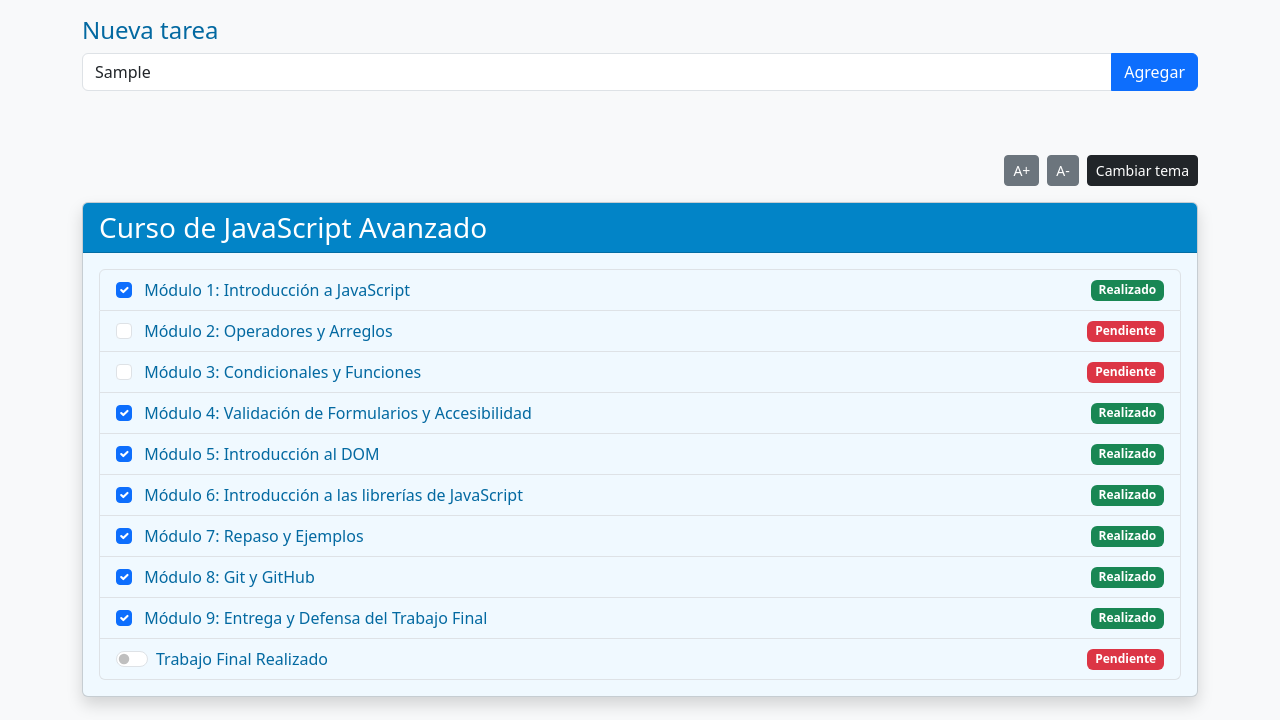
Repository: damyzacarias-web/Checklist
Page: tpfinal.html
These files come from the project's save history. The page is drawn as it stood at one moment and after the next save; the edit follows.
The browser window is 1280 px wide. The pictures show the whole page.
Empty fields were first filled with sample values (such as "Sample", 5 or name@example.com).
After loading, the first visible `#tema` was clicked once.

Above is the page before, as saved 2026-07-03 09:35:13.

### tpfinal.html
<!DOCTYPE html>
<html lang="es">
<head>
    <meta charset="UTF-8">
    <meta name="viewport" content="width=device-width, initial-scale=1.0">
    <title>Curso de JavaScript Avanzado</title>
    <link href="https://cdn.jsdelivr.net/npm/bootstrap@5.3.3/dist/css/bootstrap.min.css" rel="stylesheet">
</head>
<body class="bg-light">

    <!--nueva tarea-->
    <div class="container mt-3 mb-3">
    <h4>Nueva tarea</h4>

    <div class="input-group">
        <input
            type="text"
            id="nuevaTarea"
            class="form-control"
            placeholder="Escribe una nueva tarea...">

        <button
            class="btn btn-primary"
            id="btnAgregar">
            Agregar
        </button>
    </div>
</div>

<ul class="list-group" id="listaTareas">

    <!-- Tus módulos -->

</ul>

<div class="container mt-5">
    <div class="d-flex justify-content-end gap-2 mb-3">
        <button id="aumentar" class="btn btn-secondary btn-sm">A+</button>
        <button id="disminuir" class="btn btn-secondary btn-sm">A-</button>
        <button id="tema" class="btn btn-dark btn-sm">Cambiar tema</button>
    </div>

    <div class="card shadow" id="mainCard">
        <div class="card-header bg-primary text-white" id="cardHeader">
            <h3 class="mb-0">Curso de JavaScript Avanzado</h3>
        </div>

        <div class="card-body">
            <ul class="list-group">

                <li class="list-group-item d-flex justify-content-between align-items-center">
                    <div>
                        <input class="form-check-input me-2 item-check" type="checkbox" id="mod1" checked>
                        <label for="mod1">Módulo 1: Introducción a JavaScript</label>
                    </div>
                </li>

                <li class="list-group-item d-flex justify-content-between align-items-center">
                    <div>
                        <input class="form-check-input me-2 item-check" type="checkbox" id="mod2">
                        <label for="mod2">Módulo 2: Operadores y Arreglos</label>
                    </div>
                </li>

                <li class="list-group-item d-flex justify-content-between align-items-center">
                    <div>
                        <input class="form-check-input me-2 item-check" type="checkbox" id="mod3">
                        <label for="mod3">Módulo 3: Condicionales y Funciones</label>
                    </div>
                </li>

                <li class="list-group-item d-flex justify-content-between align-items-center">
                    <div>
                        <input class="form-check-input me-2 item-check" type="checkbox" id="mod4" checked>
                        <label for="mod4">Módulo 4: Validación de Formularios y Accesibilidad</label>
                    </div>
                </li>

                <li class="list-group-item d-flex justify-content-between align-items-center">
                    <div>
                        <input class="form-check-input me-2 item-check" type="checkbox" id="mod5" checked>
                        <label for="mod5">Módulo 5: Introducción al DOM</label>
                    </div>
                </li>

                <li class="list-group-item d-flex justify-content-between align-items-center">
                    <div>
                        <input class="form-check-input me-2 item-check" type="checkbox" id="mod6" checked>
                        <label for="mod6">Módulo 6: Introducción a las librerías de JavaScript</label>
                    </div>
                </li>

                <li class="list-group-item d-flex justify-content-between align-items-center">
                    <div>
                        <input class="form-check-input me-2 item-check" type="checkbox" id="mod7" checked>
                        <label for="mod7">Módulo 7: Repaso y Ejemplos</label>
                    </div>
                </li>

                <li class="list-group-item d-flex justify-content-between align-items-center">
                    <div>
                        <input class="form-check-input me-2 item-check" type="checkbox" id="mod8" checked>
                        <label for="mod8">Módulo 8: Git y GitHub</label>
                    </div>
                </li>

                <li class="list-group-item d-flex justify-content-between align-items-center">
                    <div>
                        <input class="form-check-input me-2 item-check" type="checkbox" id="mod9" checked>
                        <label for="mod9">Módulo 9: Entrega y Defensa del Trabajo Final</label>
                    </div>
                </li>

                <li class="list-group-item d-flex justify-content-between align-items-center">
                    <div class="form-check form-switch m-0">
                        <input class="form-check-input item-check" type="checkbox" id="checkNativeSwitch">
                        <label class="form-check-label" for="checkNativeSwitch">Trabajo Final Realizado</label>
                    </div>
                </li>

            </ul>
        </div>
    </div>
</div>

<script src="https://cdn.jsdelivr.net/npm/bootstrap@5.3.3/dist/js/bootstrap.bundle.min.js"></script>

<script src="script.js"></script>

</body>
</html>

### script.js
// === ACCESIBILIDAD (ZOOM) ===
let tamaño = 16;

document.getElementById("aumentar").onclick = function () {
    tamaño += 2;
    document.body.style.fontSize = tamaño + "px";
};

document.getElementById("disminuir").onclick = function () {
    if (tamaño > 12) {
        tamaño -= 2;
        document.body.style.fontSize = tamaño + "px";
    }
};


// === CAMBIO DE TEMA (BLANCO / AZUL CELESTE) ===
const botonTema = document.getElementById("tema");
let temaAzul = false;

botonTema.addEventListener("click", function () {
    const card = document.getElementById("mainCard");
    const header = document.getElementById("cardHeader");
    const listItems = document.querySelectorAll(".list-group-item");

    if (temaAzul) {
        document.body.style.backgroundColor = "#f8f9fa";
        document.body.style.color = "#212529";
        card.style.backgroundColor = "#ffffff";
        header.className = "card-header bg-primary text-white";

        listItems.forEach(item => {
            item.style.backgroundColor = "#ffffff";
            item.style.color = "#212529";
        });
    } else {
        document.body.style.backgroundColor = "#e0f2fe"; // Celeste
        document.body.style.color = "#0369a1"; // Texto azul oscuro
        card.style.backgroundColor = "#f0f9ff";
        header.className = "card-header text-white";
        header.style.backgroundColor = "#0284c7";

        listItems.forEach(item => {
            item.style.backgroundColor = "#f0f9ff";
            item.style.color = "#0369a1";
        });
    }
    temaAzul = !temaAzul;
});

// === CONTROL DEL CHECKLIST (REALIZADO / PENDIENTE) ===
const checkboxes = document.querySelectorAll(".item-check");

function actualizarEstado(checkbox) {
    const contenedorFila = checkbox.closest("li");

    // Eliminar etiqueta vieja si existe
    let badgeExistente = contenedorFila.querySelector(".badge");
    if (badgeExistente) {
        badgeExistente.remove();
    }

    // Crear la nueva etiqueta dinámicamente
    const badge = document.createElement("span");

    if (checkbox.checked) {
        badge.textContent = "Realizado";
        badge.className = "badge bg-success"; // Verde Bootstrap
    } else {
        badge.textContent = "Pendiente";
        badge.className = "badge bg-danger"; // Rojo Bootstrap
    }

    // Insertar al final de la fila
    contenedorFila.appendChild(badge);
}

// Inicializar y escuchar clics
checkboxes.forEach(checkbox => {
    actualizarEstado(checkbox);

    checkbox.addEventListener("change", function () {
        actualizarEstado(checkbox);
    });
});

const btnAgregar = document.getElementById("btnAgregar");
const input = document.getElementById("nuevaTarea");
const lista = document.getElementById("listaTareas");

btnAgregar.addEventListener("click", agregarTarea);

input.addEventListener("keypress", function(e){
    if(e.key === "Enter"){
        agregarTarea();
    }
});

function agregarTarea(){

    const texto = input.value.trim();

    if(texto === ""){
        alert("Ingrese una tarea");
        return;
    }

    const li = document.createElement("li");
    li.className = "list-group-item d-flex justify-content-between align-items-center";

    li.innerHTML = `
        <div>
            <input class="form-check-input me-2" type="checkbox">
            ${texto}
        </div>

        <span class="badge bg-danger">Pendiente</span>
    `;

    lista.appendChild(li);

    input.value = "";
    input.focus();
}

After the next save:
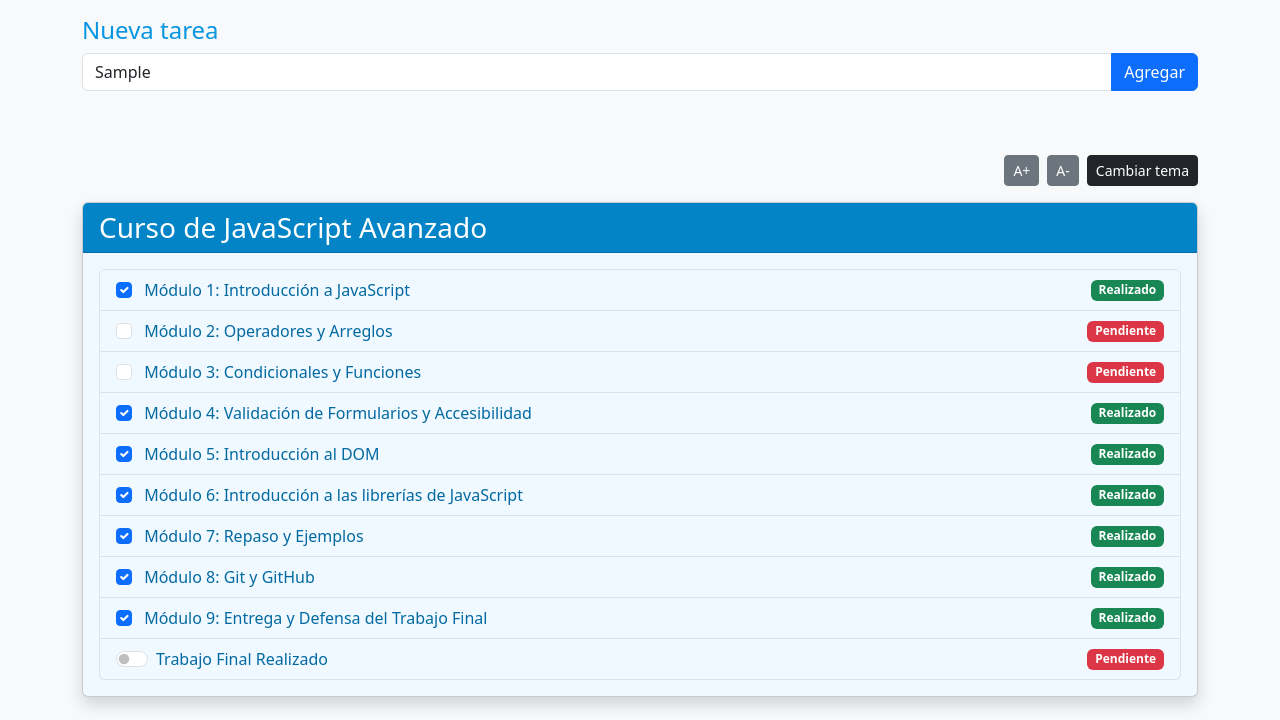
Saved 2 min 45 s later.
--- a/script.js
+++ b/script.js
@@ -35,7 +35,7 @@ botonTema.addEventListener("click", function () {
         });
     } else {
         document.body.style.backgroundColor = "#e0f2fe"; // Celeste
-        document.body.style.color = "#0369a1"; // Texto azul oscuro
+        document.body.style.color = "#0595e2"; // Texto azul oscuro
         card.style.backgroundColor = "#f0f9ff";
         header.className = "card-header text-white";
         header.style.backgroundColor = "#0284c7";
